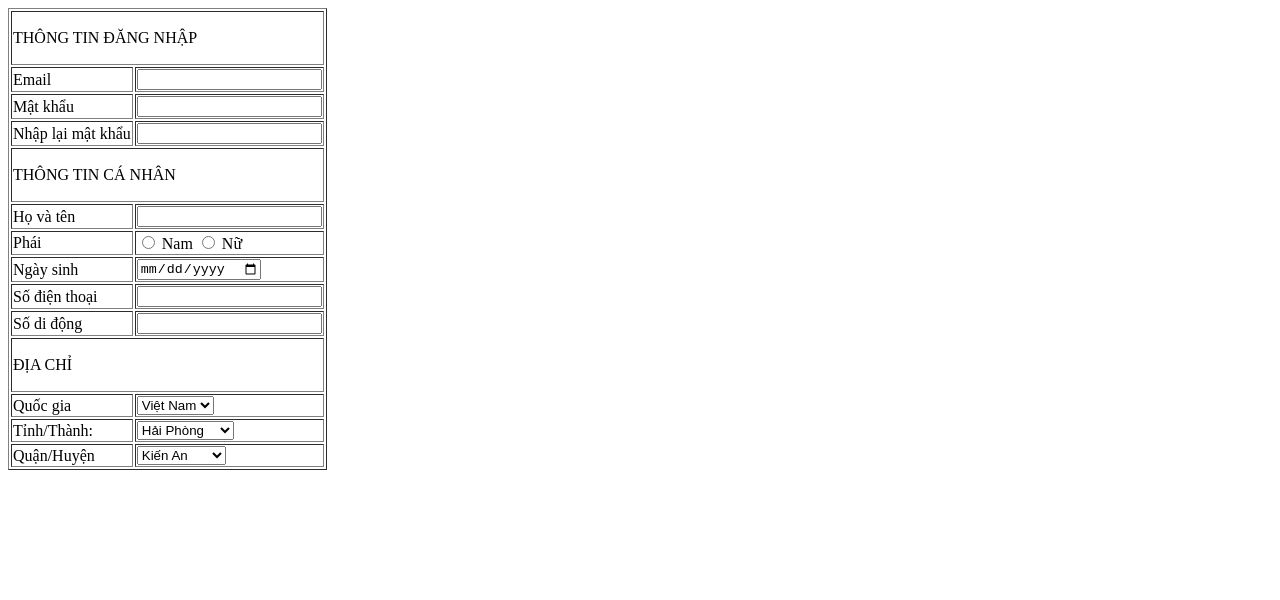
Repository: Vanh260703/Java-Servlet
Page: Bai1_HelloWorld/src/main/webapp/vidu.html
These files come from the project's save history. The page is drawn as it stood at one moment and after the next save; the edit follows.
The browser window is 1280 px wide. The pictures show the whole page.

Above is the page before, as saved 2025-02-28 16:14:26.

After the next save:
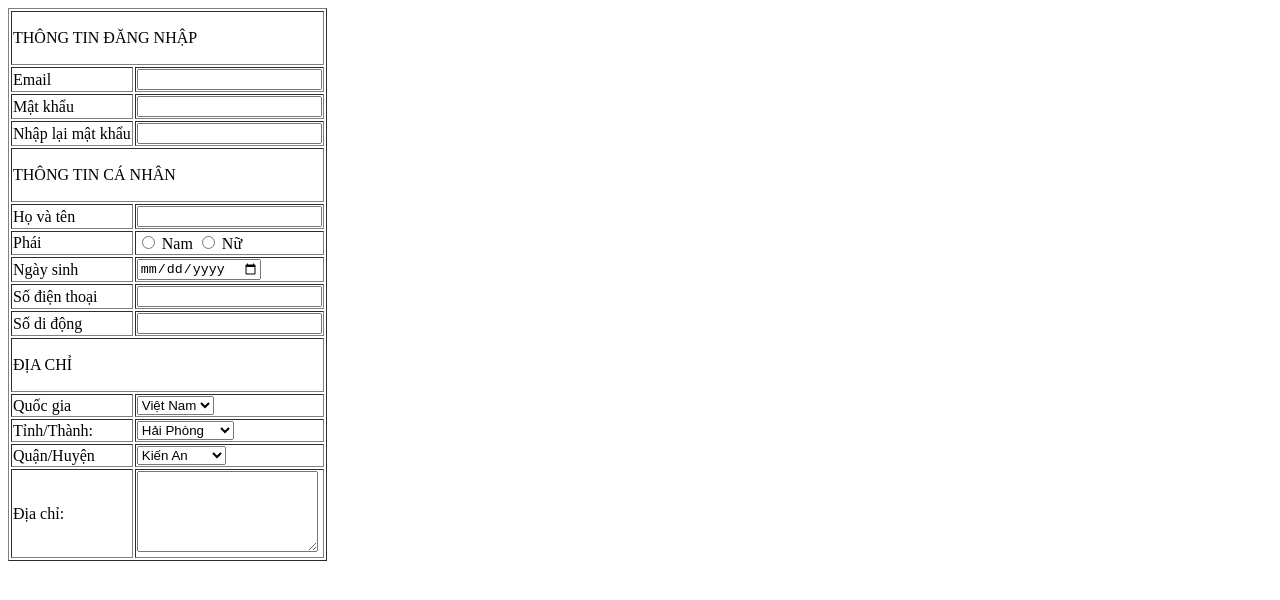
Saved 94 s later.
--- a/Bai1_HelloWorld/src/main/webapp/vidu.html
+++ b/Bai1_HelloWorld/src/main/webapp/vidu.html
@@ -119,6 +119,14 @@
 					</select>
 				</td>
 			</tr>
+			<tr>
+				<td>
+					<label>Địa chỉ:</label>
+				</td>
+				<td>
+					<textarea rows="5" cols="" name = "location" id = "location"></textarea>
+				</td>
+			</tr>
 		</tbody>
 	</table>
 
